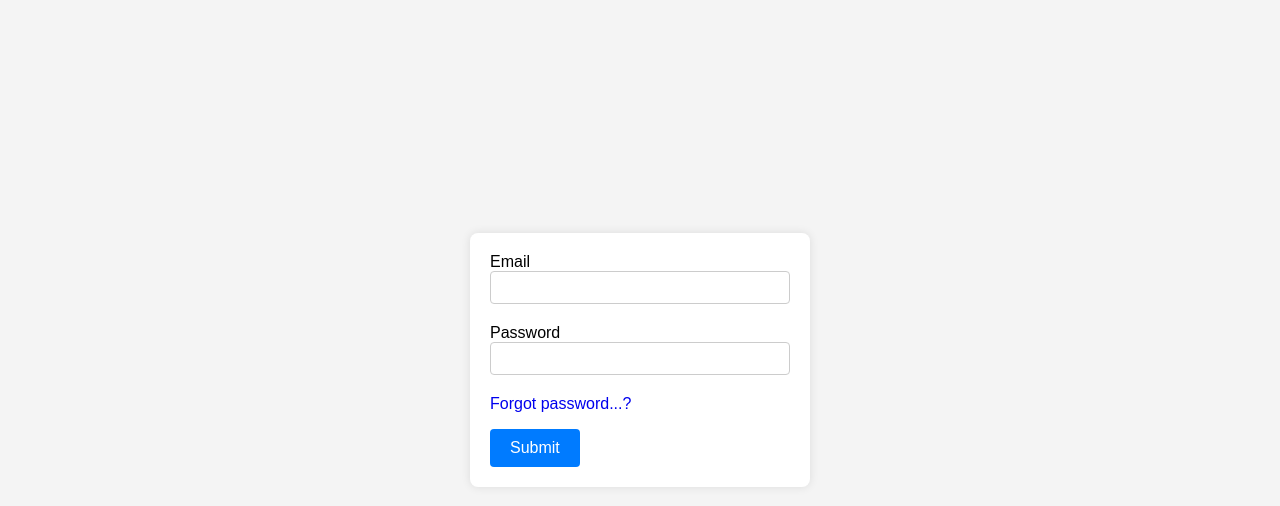
Repository: Ndifoinhilary/authentication
Page: http://localhost/auth/login/
These files come from the project's save history. The page is drawn as it stood at one moment and after the next save; the edit follows.
The browser window is 1280 px wide. The pictures show the whole page.
The page is served by the project's application, run on Django 3.2 (manage.py). Other server files are loaded and not shown.

Above is the page before, as saved 2024-01-05 19:22:16.

### Auth/templates/login.html
<!DOCTYPE html>
<html lang="en">

<head>
    <meta charset="UTF-8">
    <meta name="viewport" content="width=device-width, initial-scale=1.0">
    <style>
        body {
            font-family: 'Arial', sans-serif;
            background-color: #f4f4f4;
            margin: 0;
            padding: 0;
            display: flex;
            justify-content: center;
            align-items: center;
            height: 100vh;
        }

        form {
            background-color: #fff;
            padding: 20px;
            border-radius: 8px;
            box-shadow: 0 0 10px rgba(0, 0, 0, 0.1);
            width: 300px;
        }

        .input {
            margin-bottom: 20px;
        }

        .label {
            display: block;
            margin-bottom: 5px;
            font-weight: bold;
        }

        .form-control {
            width: 100%;
            padding: 8px;
            border: 1px solid #ccc;
            border-radius: 4px;
            box-sizing: border-box;
        }

        .mb-4 {
            margin-bottom: 16px;
        }

        .btn {
            background-color: #007bff;
            color: #fff;
            padding: 10px 20px;
            border: none;
            border-radius: 4px;
            cursor: pointer;
            font-size: 16px;
            margin-top: 1rem;
        }

        .btn:hover {
            background-color: #0056b3;
        }
        a{
           display: block;
           text-decoration: none;
        }
    </style>
</head>

<body>
    <form action="{% url 'login'  %}" class="form-border" method="POST">
        {% csrf_token %}
        <div class="input">
         <lable class="lable">Email</lable>
         <input type="email" name="email" class="form-control mb4">
        </div>
        <div class="input">
            <lable class="lable">Password</lable>
            <input type="password" name="password" class="form-control mb4">
           </div>
           <a href="#"> Forgot password...?  </a>
         <button type="submit" class="btn">Submit</button>

    </form>

</body>

</html>

### Auth/views.py
# pylint: disable=unused-argument
from django.shortcuts import render, redirect
from django.contrib import messages
from django.contrib.auth import authenticate, login, logout
from django.urls import reverse_lazy, reverse
from django.views.generic import FormView
from Auth.forms import RegistrationForm
from Auth.models import User

# Create your views here.


def homePage(request):
    user = request.user
    return render(request, "home.html", {"user": user})


def registerUser(request):
    form = RegistrationForm()

    if request.method == "POST":
        form = RegistrationForm(request.POST)
        if form.is_valid():
            user = form.save(commit=False)
            user.email = user.email.lower()
            new_user = user.save()
            new_user = authenticate(
                request,
                email=form.cleaned_data["email"],
                password=form.cleaned_data["password"],
            )
            check = new_user is not None
            if check:
                login(request, user)
                return redirect("home")
        else:
            messages.error(request, "Invalid form check your data")
    return render(request, "register.html", {"form": form})


def loginUser(request):
    if request.method == "POST":
        email = request.POST.get("email")
        password = request.POST.get("password")
        try:
            user = User.objects.get(email=email)
        except:
            messages.error(request, "Invalid form check your data")
        user = authenticate(request, email=email, password=password)
        check = user is not None and user.check_password(password)
        if check:
            login(request, user)
            return redirect("home")

    return render(request, "login.html")


def logoutUser(request):
    logout(request)
    return redirect("home")

### authentication/urls.py
from django.contrib import admin
from django.urls import path, include
from django.conf import settings
from django.conf.urls.static import static

urlpatterns = [path("admin/", admin.site.urls), path("", include("Auth.urls"))]


urlpatterns += static(settings.MEDIA_URL, document_root=settings.MEDIA_ROOT)
urlpatterns += static(settings.STATIC_URL, document_root=settings.MEDIA_ROOT)

### Auth/urls.py
# pylint: disable=trailing-whitespace
from django.urls import path

from . import views


urlpatterns = [
    path("", views.homePage, name="home"),
    path("auth/login/", views.loginUser, name="login"),
    path("auth/register/", views.registerUser, name="register"),
    path("auth/logout/", views.logoutUser, name="logout"),
]

After the next save:
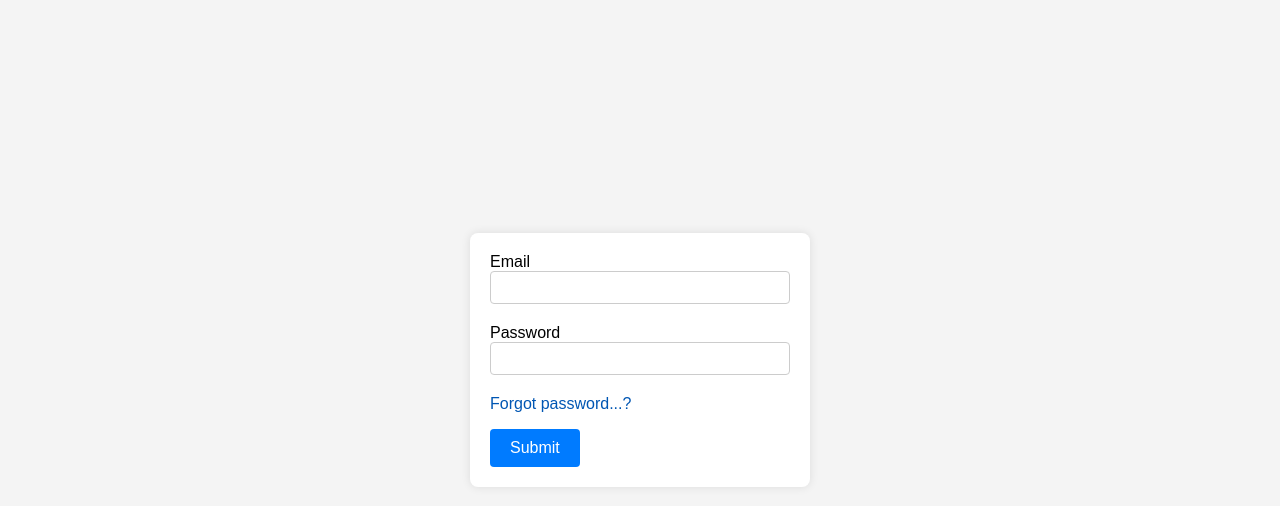
Saved 34 s later.
--- a/Auth/templates/login.html
+++ b/Auth/templates/login.html
@@ -63,6 +63,7 @@
         a{
            display: block;
            text-decoration: none;
+           color: #0056b3;
         }
     </style>
 </head>
